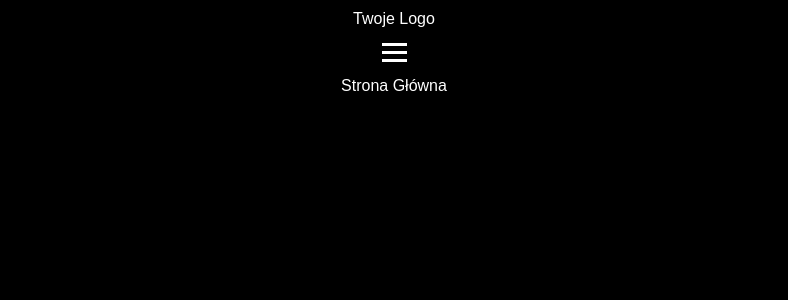
Repository: DevMike1993/my_website
Page: index.html
An editor plug-in stored every save of this project. The page is shown before and after the next save, followed by the edit.
The browser window is 768 px wide. The page is 788 px wide, then 768 px, then 788 px, so the pictures cover 788 px, including what lies to the right of the window. The pictures show the whole page.

Above is the page before, as saved 2024-01-02 21:40:54.

After the next save:
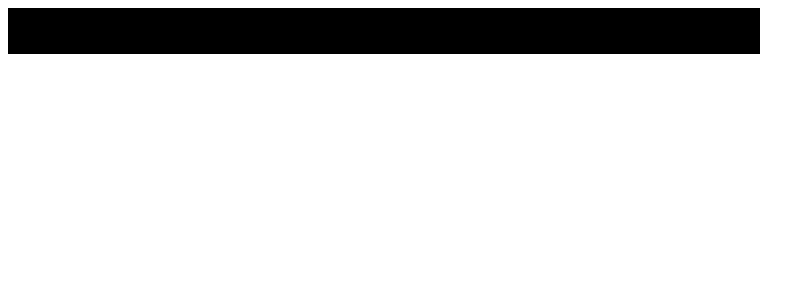
Saved 66 s later.
--- a/style.css
+++ b/style.css
@@ -1,58 +1,8 @@
-body {
-    margin: 0;
-    font-family: 'Arial', sans-serif;
-    background-color: #000; /* Czarne tło stron */
-    color: #fff; /* Białe czcionki */
-}
-
-.navbar {
-    background-color: transparent; /* Tło transparentne */
-    padding: 10px;
-    display: flex;
-    justify-content: space-between;
-    align-items: center;
-}
-
-.logo {
-    /* Stylizacja dla logo */
-    max-width: 100px; /* Dostosuj szerokość logo */
-    color: #fff; /* Kolor tekstu w logo */
-}
-
-.menu-icon {
-    cursor: pointer;
-    display: none; /* Domyślnie ukryta ikona hamburgera */
-}
-
-.bar {
-    width: 25px;
-    height: 3px;
-    background-color: #fff;
-    margin: 5px 0;
-}
-
-.header {
-    display: none; /* Ukryj nagłówek w domyślnym widoku */
-}
-
-.menu {
-    display: flex;
-}
-
-.menu-item {
-    color: #fff;
-    margin: 0 15px;
-    text-decoration: none;
-}
-
-.menu-item.active {
-    font-weight: bold;
-}
-
 @media only screen and (max-width: 768px) {
     .navbar {
         background-color: #000; /* Domyślne tło navbara na mniejszych ekranach */
-        flex-direction: column;
+        flex-direction: row;
+        justify-content: space-between;
         align-items: center;
         width: 100%; /* Szerokość navbara na całą szerokość ekranu */
     }
@@ -65,13 +15,13 @@
 
     .menu-icon {
         display: block; /* Wyświetl ikonę hamburgera na mniejszych ekranach */
-        order: 2; /* Ikona hamburgera na drugim miejscu w widoku mobilnym */
+        order: 3; /* Ikona hamburgera na końcu w widoku mobilnym */
         margin-bottom: 10px; /* Dodatkowy odstęp pod ikoną */
     }
 
     .header {
         display: block; /* Wyświetl nagłówek w widoku mobilnym */
-        order: 3; /* Nagłówek po ikonie w widoku mobilnym */
+        order: 2; /* Nagłówek po logo w widoku mobilnym */
     }
 
     .menu {
@@ -85,7 +35,7 @@
         align-items: center; /* Wyśrodkuj elementy menu */
         position: absolute;
         top: 60px; /* Ustaw menu poniżej navbara */
-        left: 0; /* Wycentruj menu na szerokość ekranu */
+        right: 0; /* Przesuń menu na prawo */
         width: 100%; /* Szerokość menu na całą szerokość ekranu */
     }
 

After the save that followed:
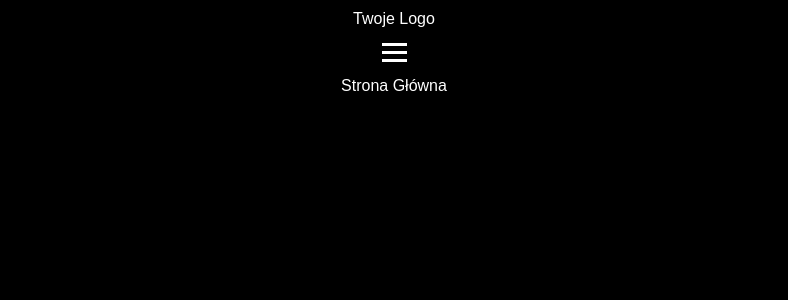
Saved 6 s later.
--- a/style.css
+++ b/style.css
@@ -1,8 +1,58 @@
+body {
+    margin: 0;
+    font-family: 'Arial', sans-serif;
+    background-color: #000; /* Czarne tło stron */
+    color: #fff; /* Białe czcionki */
+}
+
+.navbar {
+    background-color: transparent; /* Tło transparentne */
+    padding: 10px;
+    display: flex;
+    justify-content: space-between;
+    align-items: center;
+}
+
+.logo {
+    /* Stylizacja dla logo */
+    max-width: 100px; /* Dostosuj szerokość logo */
+    color: #fff; /* Kolor tekstu w logo */
+}
+
+.menu-icon {
+    cursor: pointer;
+    display: none; /* Domyślnie ukryta ikona hamburgera */
+}
+
+.bar {
+    width: 25px;
+    height: 3px;
+    background-color: #fff;
+    margin: 5px 0;
+}
+
+.header {
+    display: none; /* Ukryj nagłówek w domyślnym widoku */
+}
+
+.menu {
+    display: flex;
+}
+
+.menu-item {
+    color: #fff;
+    margin: 0 15px;
+    text-decoration: none;
+}
+
+.menu-item.active {
+    font-weight: bold;
+}
+
 @media only screen and (max-width: 768px) {
     .navbar {
         background-color: #000; /* Domyślne tło navbara na mniejszych ekranach */
-        flex-direction: row;
-        justify-content: space-between;
+        flex-direction: column;
         align-items: center;
         width: 100%; /* Szerokość navbara na całą szerokość ekranu */
     }
@@ -15,13 +65,13 @@
 
     .menu-icon {
         display: block; /* Wyświetl ikonę hamburgera na mniejszych ekranach */
-        order: 3; /* Ikona hamburgera na końcu w widoku mobilnym */
+        order: 2; /* Ikona hamburgera na drugim miejscu w widoku mobilnym */
         margin-bottom: 10px; /* Dodatkowy odstęp pod ikoną */
     }
 
     .header {
         display: block; /* Wyświetl nagłówek w widoku mobilnym */
-        order: 2; /* Nagłówek po logo w widoku mobilnym */
+        order: 3; /* Nagłówek po ikonie w widoku mobilnym */
     }
 
     .menu {
@@ -35,7 +85,7 @@
         align-items: center; /* Wyśrodkuj elementy menu */
         position: absolute;
         top: 60px; /* Ustaw menu poniżej navbara */
-        right: 0; /* Przesuń menu na prawo */
+        left: 0; /* Wycentruj menu na szerokość ekranu */
         width: 100%; /* Szerokość menu na całą szerokość ekranu */
     }
 
